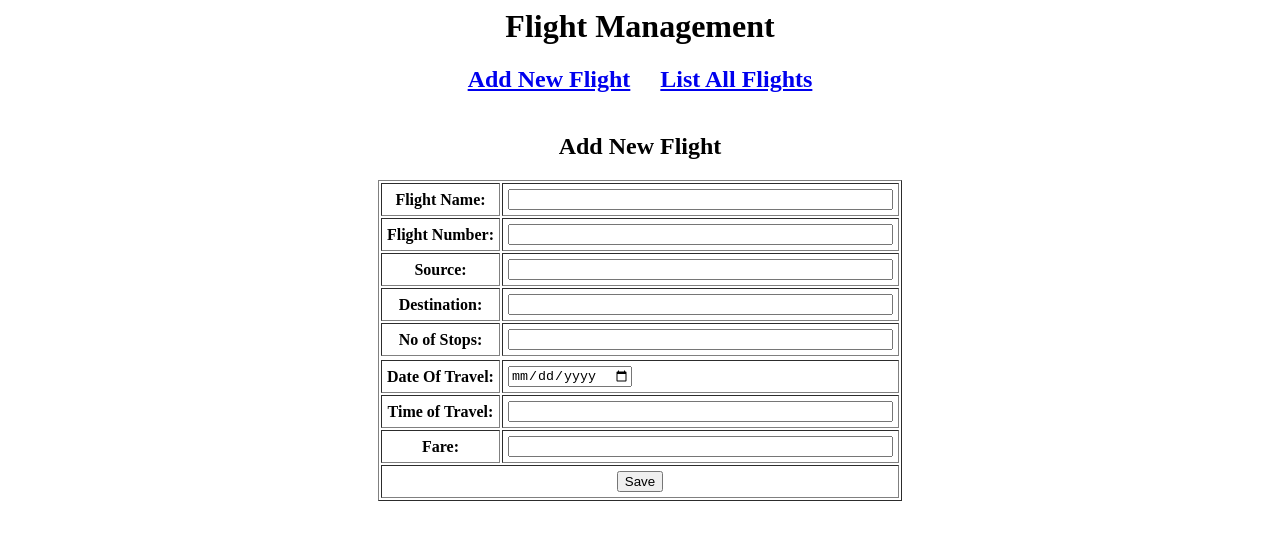
Repository: pawankas/Java_Mini_Project
Page: http://localhost/AirReservation/new
These files come from the project's save history. The page is drawn as it stood at one moment and after the next save; the edit follows.
The browser window is 1280 px wide. The pictures show the whole page.
The page is served by Tomcat 9.

Above is the page before, as saved 2022-03-15 08:39:37.

After the next save:
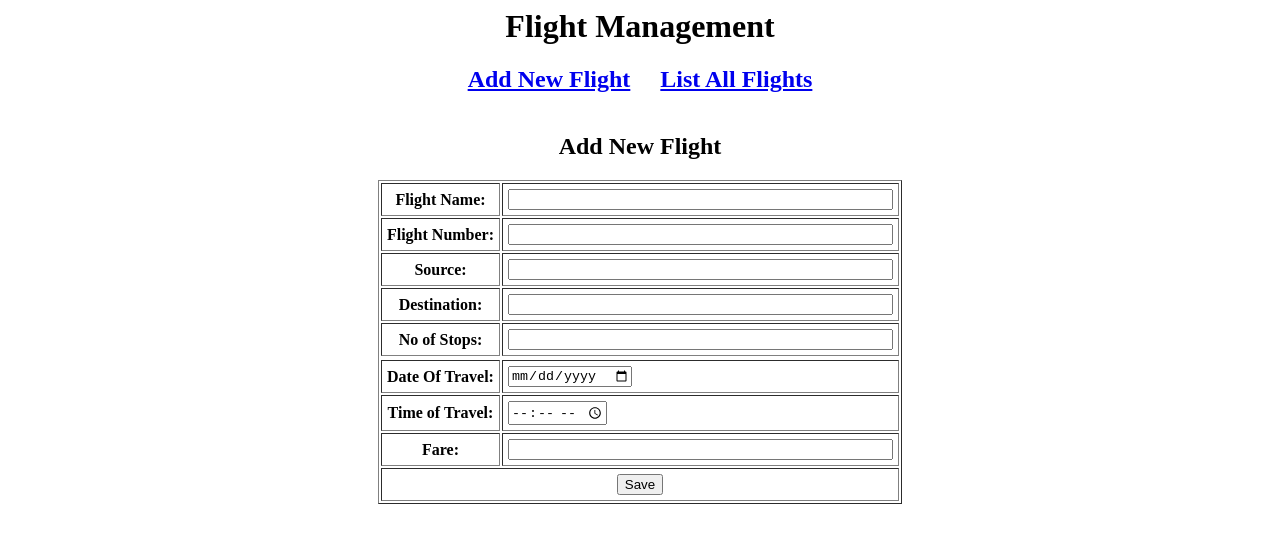
Saved 18 s later.
--- a/Mini_Project_Java/AirReservation/WebContent/FlightForm.jsp
+++ b/Mini_Project_Java/AirReservation/WebContent/FlightForm.jsp
@@ -88,7 +88,7 @@
              <tr>
                 <th>Time of Travel: </th>
                 <td>
-                    <input type="text" name="time" size="45"
+                    <input type="time" name="time" size="45"
                             value="<c:out value='${flight.time}' />"
                     />
                 </td>
